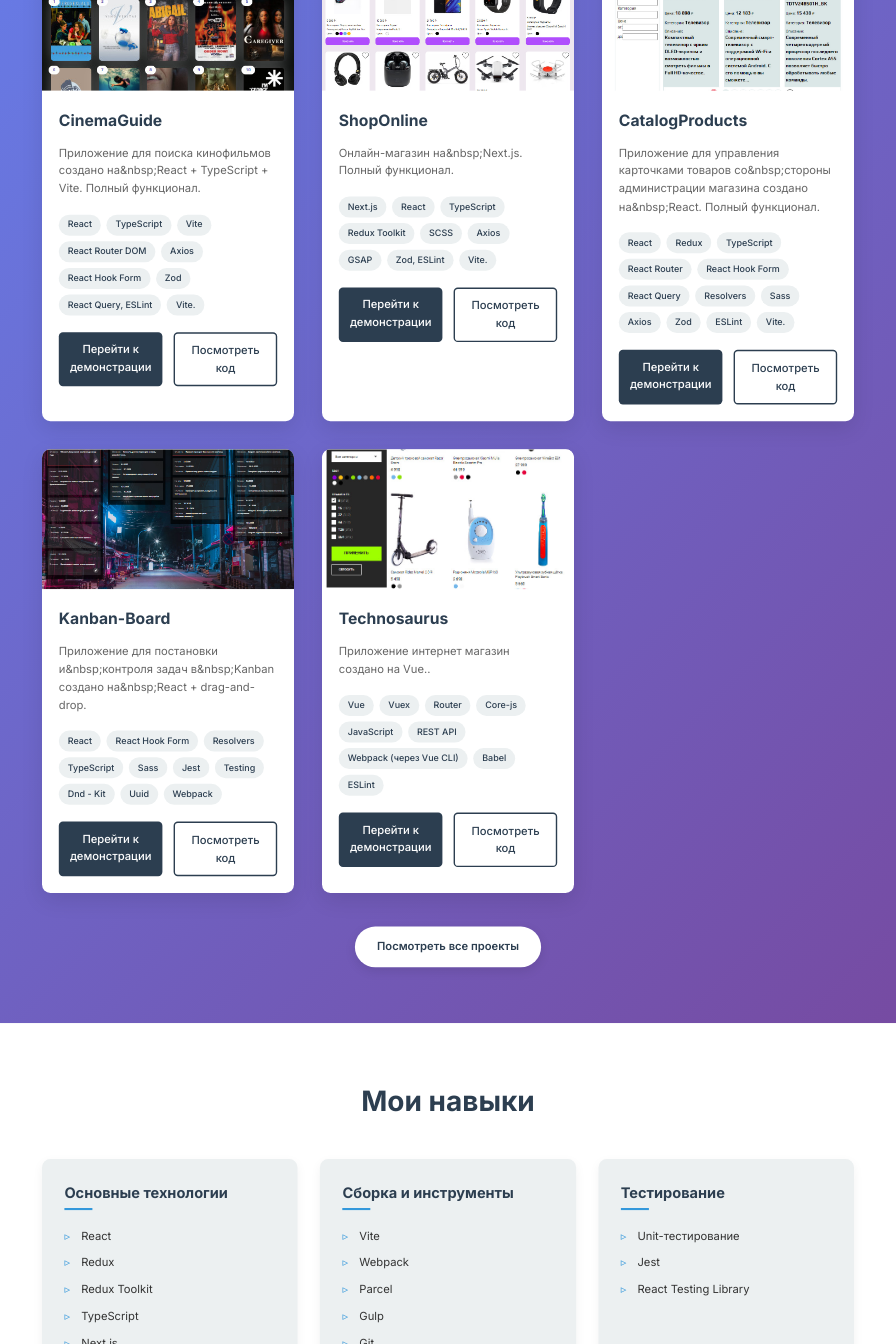
Repository: RostislavZeberg/resume-app
Page: /
These files come from the project's save history. The page is drawn as it stood at one moment and after the next save; the edit follows.
The browser window is 1280 px wide. The pictures show the part of the page from y = 324 to 2244 px (the page is 4342 px tall), at 70% of full size.
The project was rebuilt for these pictures with package versions that can differ from the ones it lists, and the page was loaded fresh each time. The framework's server and built-in components were replaced by stand-ins that run in the browser. Also part of the build but not shown: next.config.ts.

Above is the page before, as saved 2025-09-18 19:13:29.

After the next save:
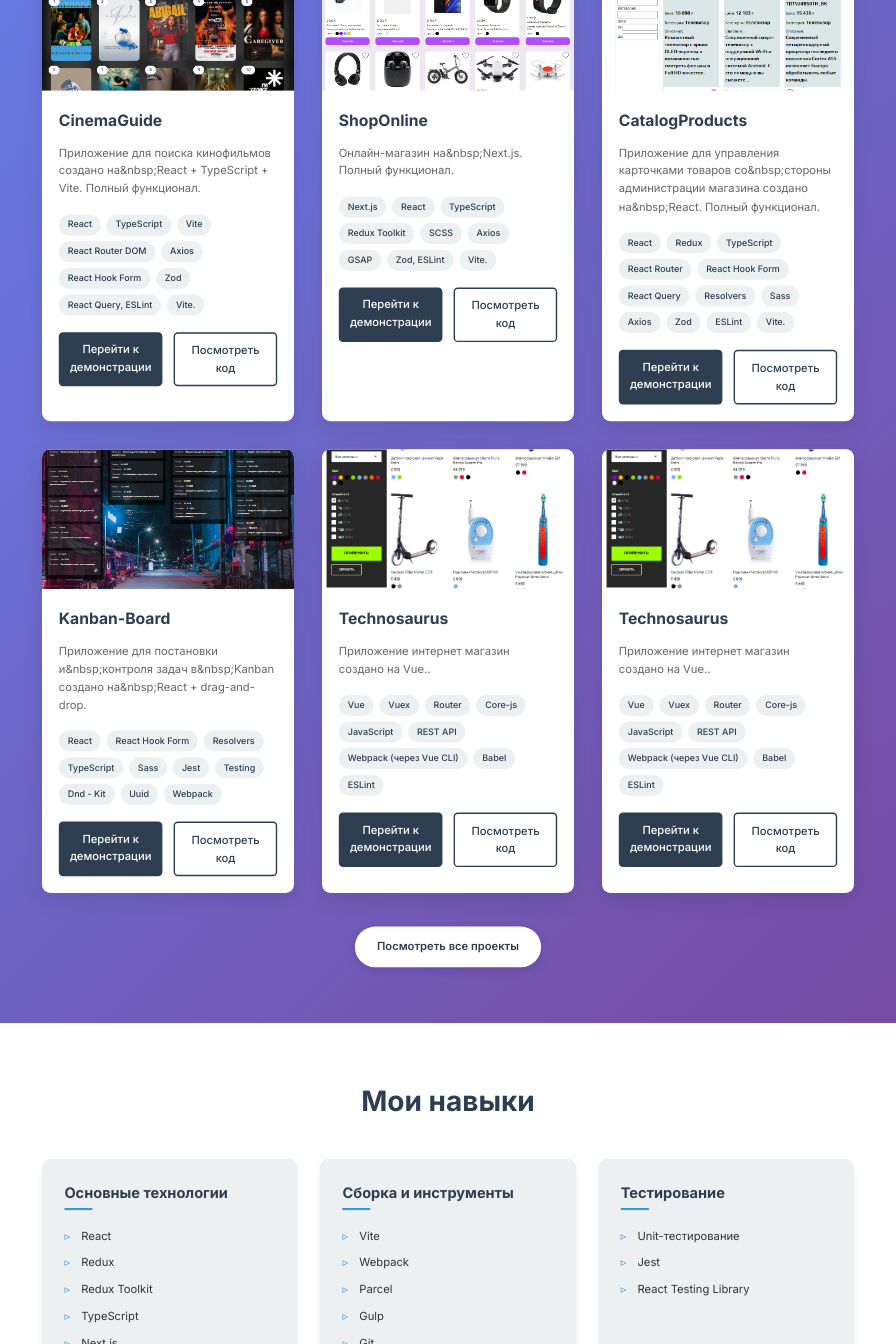
Saved 46 s later.
--- a/info/projects.ts
+++ b/info/projects.ts
@@ -32,7 +32,14 @@ export const projects = [
     name: 'Technosaurus',
     description: 'Приложение интернет магазин создано на Vue..',
     demoLink: 'https://rostislavzeberg.github.io/Technosaurus/#/',
-    codeLink: 'https://github.com/RostislavZeberg/ShopOnline',
+    codeLink: 'https://github.com/RostislavZeberg/Technosaurus',
+    technologies: ['Vue', 'Vuex', 'Router', 'Core-js', 'JavaScript', 'REST API', 'Webpack (через Vue CLI)', 'Babel', 'ESLint']
+  },
+  {
+    name: 'Technosaurus',
+    description: 'Приложение интернет магазин создано на Vue..',
+    demoLink: 'https://rostislavzeberg.github.io/Technosaurus/#/',
+    codeLink: 'https://github.com/RostislavZeberg/Technosaurus',
     technologies: ['Vue', 'Vuex', 'Router', 'Core-js', 'JavaScript', 'REST API', 'Webpack (через Vue CLI)', 'Babel', 'ESLint']
   },
 ];
